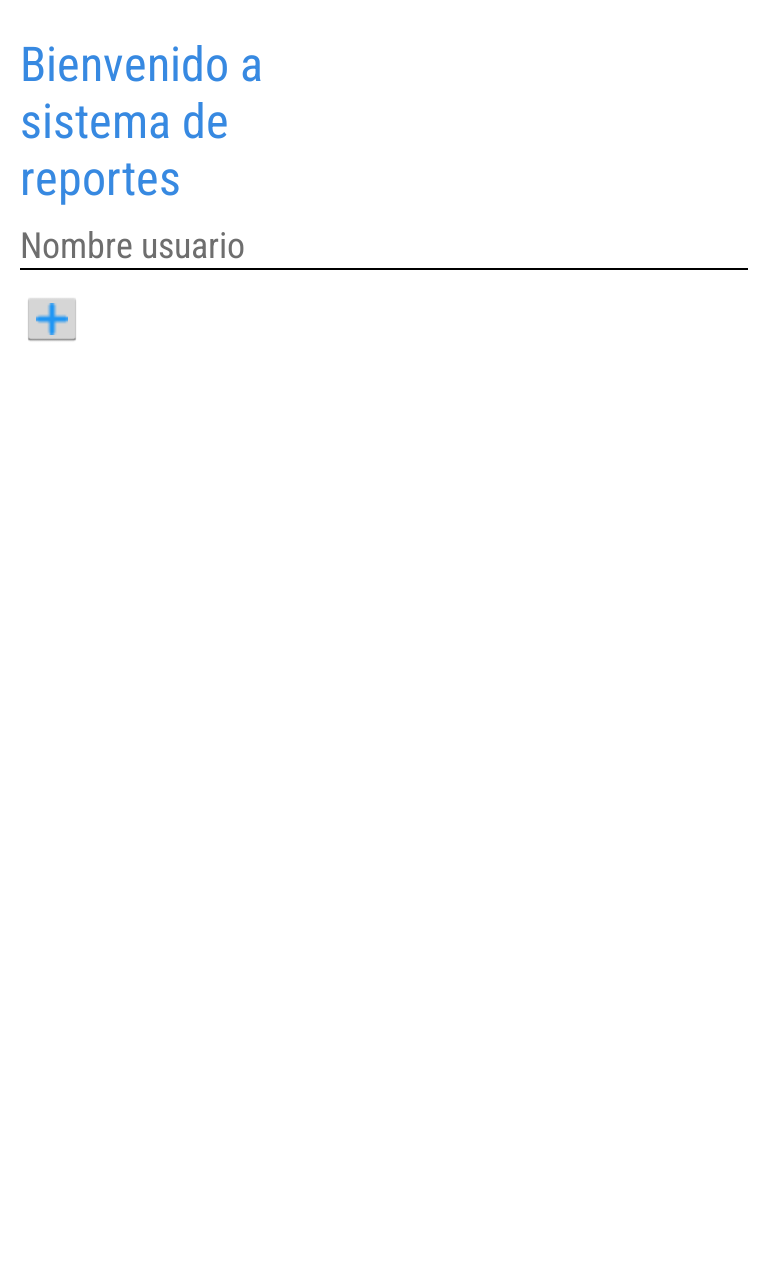
Repository: ramonramirezz/ReportesApp
Layout: Reportes/res/layout/welcome.xml
An editor plug-in stored every save of this project. The layout is shown before and after the next save, followed by the edit.
It is drawn on a 768 x 1280 px phone screen (xhdpi) without system bars, with theme AppTheme; the app's code is not run. The app's manifest (not shown) leaves right-to-left support off. So textAlignment, textDirection and layoutDirection are ignored, and left and right values win over start and end ones.

Above is the layout before, as saved 2015-11-21 18:47:18.

### Reportes/res/layout/welcome.xml
<?xml version="1.0" encoding="utf-8"?>
<LinearLayout xmlns:android="http://schemas.android.com/apk/res/android"
    android:layout_width="match_parent"
    android:layout_height="match_parent"
    android:orientation="vertical"
    android:textAlignment="center" >


    <LinearLayout
        android:layout_width="fill_parent"
        android:layout_height="wrap_content"
        android:layout_margin="10dp"
        android:orientation="vertical"

        >
        <TextView
	    	android:id="@+id/tvBienvenido"
	    	android:layout_width="188dp"
	    	android:layout_height="wrap_content"
	    	android:fontFamily="sans-serif-condensed"
	    	android:layout_marginTop="5dp"
	    	android:text="Bienvenido a sistema de reportes"
	    	android:textColor="#3789E1"
	    	android:textSize="24dp" />

		<TextView
	    	android:id="@+id/tvNombreUsuario"
	    	android:layout_width="wrap_content"
	    	android:layout_height="wrap_content"
	    	android:fontFamily="sans-serif-condensed"
	    	android:text="Nombre usuario"
	    	android:textColor="#6E6E6E"
	    	android:textSize="18dp"
	    	android:layout_marginTop="5dp"
	    />

		<View
 			android:layout_width="match_parent"
 			android:layout_height="1dp"
 			android:background="@android:color/black" />

		<ImageButton
		    android:layout_marginTop="10dp"
		    android:layout_width="32dp"
		    android:layout_height="29dp"
		    android:src="@drawable/add" />

    </LinearLayout>



</LinearLayout>

Loaded but not shown: Reportes/res/values/styles.xml (common file); Reportes/res/values-v11/styles.xml (common file); Reportes/res/values-v14/styles.xml (common file)

After the next save:
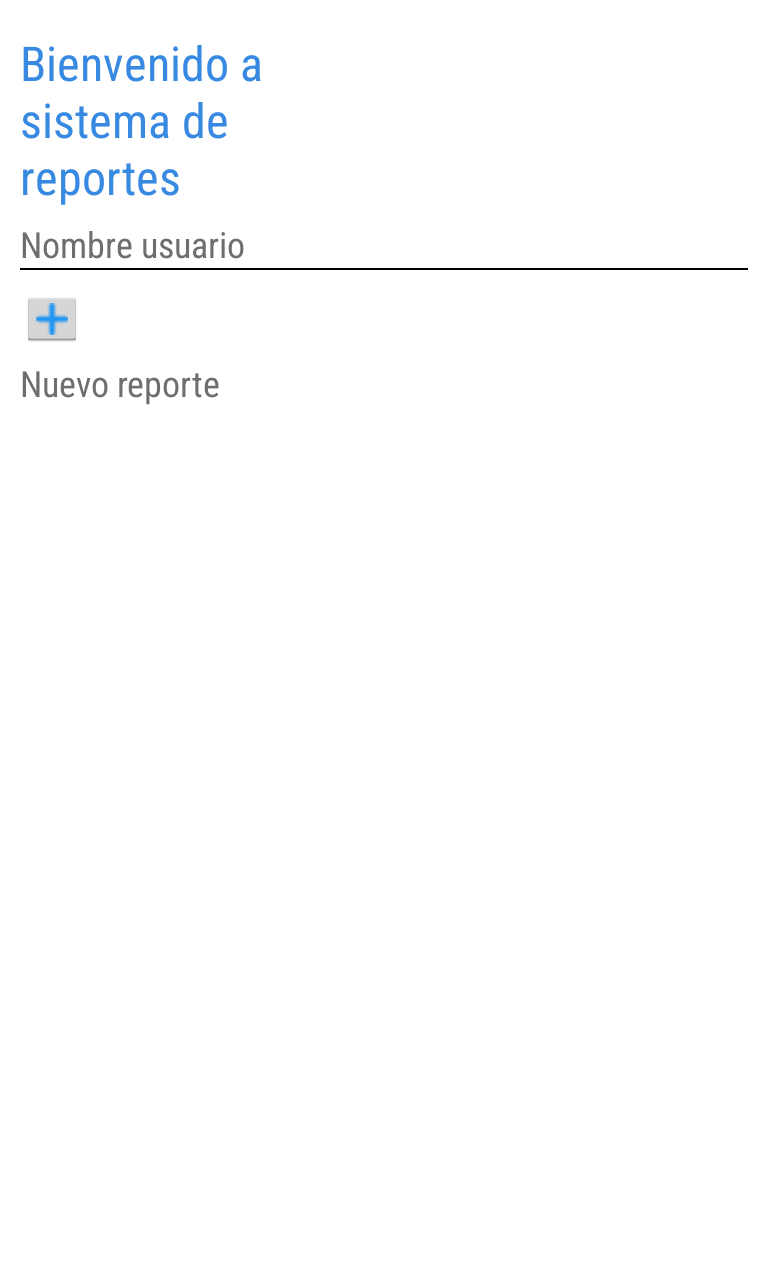
Saved 59 s later.
--- a/Reportes/res/layout/welcome.xml
+++ b/Reportes/res/layout/welcome.xml
@@ -38,13 +38,23 @@
  			android:layout_width="match_parent"
  			android:layout_height="1dp"
  			android:background="@android:color/black" />
-
+        <!-- Create new report -->
 		<ImageButton
 		    android:layout_marginTop="10dp"
 		    android:layout_width="32dp"
 		    android:layout_height="29dp"
 		    android:src="@drawable/add" />
 
+		<TextView
+	    	android:id="@+id/tvNuevoReport"
+	    	android:layout_width="wrap_content"
+	    	android:layout_height="wrap_content"
+	    	android:fontFamily="sans-serif-condensed"
+	    	android:text="Nuevo reporte"
+	    	android:textColor="#6E6E6E"
+	    	android:textSize="18dp"
+	    	android:layout_marginTop="5dp"
+	    />
     </LinearLayout>
 
 
